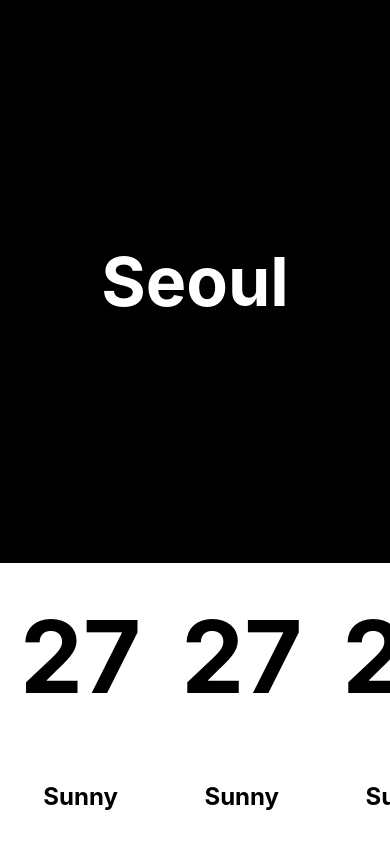
Repository: NewTurn2017/React-Native-Weather-App
Screen: /
The author's editor kept a copy of each file at every save. The screen is drawn from the files as they stood at one save, then again after the next save.
The app was drawn by React Native's web renderer in a window 390 px wide. The project was rebuilt for these pictures with package versions that can differ from the ones it lists, and the page was loaded fresh each time.

Above is the screen before, as saved 2023-04-21 11:01:50.

After the next save:
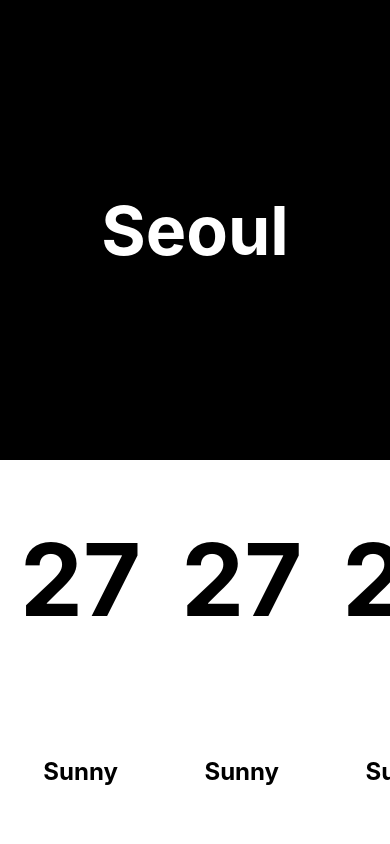
Saved 111 s later.
--- a/App.js
+++ b/App.js
@@ -45,7 +45,7 @@ const styles = StyleSheet.create({
     fontWeight: 'bold',
   },
   city: {
-    flex: 2,
+    flex: 1.2,
     backgroundColor: 'black',
     alignItems: 'center',
     justifyContent: 'center',
